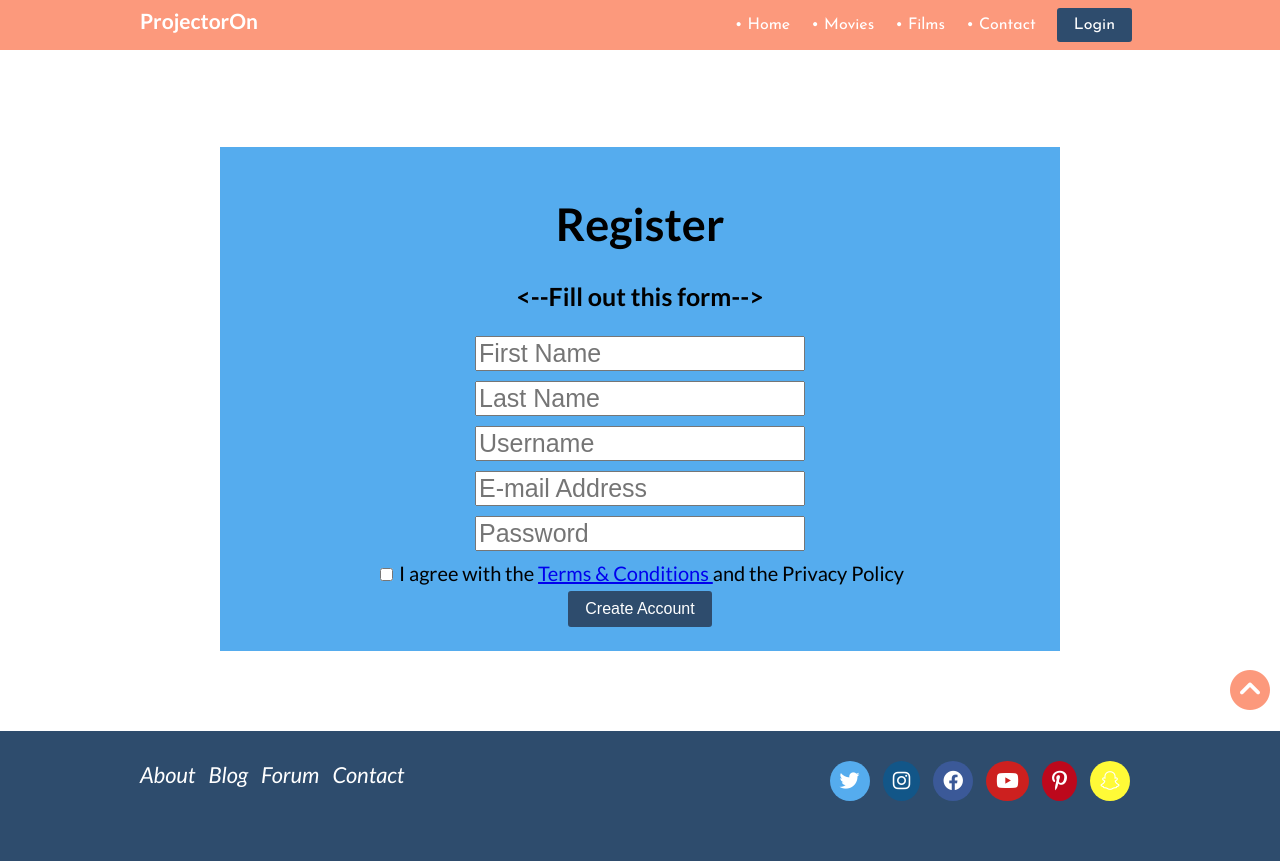
Repository: albayrakfatih/ProjectorOn_WebMovieApp
Page: register.html
An editor plug-in stored every save of this project. The page is shown before and after the next save, followed by the edit.
The browser window is 1280 px wide. The pictures show the whole page.
Some web libraries are served in a nearby version.

Above is the page before, as saved 2023-04-30 02:04:36.

### register.html
<!DOCTYPE html>
<html lang="en">
<head>
    <meta charset="UTF-8">
    <meta http-equiv="X-UA-Compatible" content="IE=edge">
    <meta name="viewport" content="width=device-width, initial-scale=1.0">
    <title>Movie App</title>
    <!-- <link rel="stylesheet" href="https://cdnjs.cloudflare.com/ajax/libs/font-awesome/6.3.0/css/all.min.css" integrity="sha512-SzlrxWUlpfuzQ+pcUCosxcglQRNAq/DZjVsC0lE40xsADsfeQoEypE+enwcOiGjk/bSuGGKHEyjSoQ1zVisanQ==" crossorigin="anonymous" referrerpolicy="no-referrer" /> -->
    <!-- <link rel="preconnect" href="https://fonts.googleapis.com">
    <link rel="preconnect" href="https://fonts.gstatic.com" crossorigin>
    <link href="https://fonts.googleapis.com/css2?family=Josefin+Sans:wght@400;700&family=Lato:ital,wght@0,400;0,700;1,400;1,700&display=swap" rel="stylesheet"> -->
    <!-- <link rel="stylesheet" href="css/buttons.css"> -->
    <link rel="stylesheet" href="css/styles.css">


</head>
<body id="body">

    <header class="main-header">
        <div class="container">
            <a href="#" class="main-header__logo">ProjectorOn</a>
            <nav class="main-nav">
                <ul class="main-nav__items">
                    <li class="main-nav__item">
                        <a href="#">Home</a>
                    </li>
                    <li class="main-nav__item">
                        <a href="#">Movies</a>
                    </li>
                    <li class="main-nav__item">
                        <a href="#">Films</a>
                    </li>
                    <li class="main-nav__item">
                        <a href="#">Contact</a>
                    </li>
                    <li class="main-nav__item main-nav__item--login">
                        <a class="btn btn-secondary" href="#">Login</a>
                    </li>
                </ul>
            </nav>
        </div>
    </header>

   <main class="signup-page">
    <div class="container">
        <div class="row">
            <div class="register-card-container">
                <div class="register-card">
                    <h1>Register</h1>
                    <h3> <--Fill out this form--> </h2>
                    <form action="" class="signup-form">
                        <input type="text" id="firstname" placeholder="First Name"><br>
                        <input type="text" id="lastname" placeholder="Last Name"><br>
                        <input type="text" id="username" placeholder="Username"><br>
                        <input type="email" id="email" placeholder="E-mail Address"><br>
                        <input type="password" id="password" placeholder="Password"><br>
                        <input type="checkbox" id="agree-terms">
                        <label for="agree-terms">I agree with the <a href="#">Terms &amp; Conditions </a> and the Privacy Policy </label><br>
                        <button type="submit" class="btn btn-secondary">Create Account</button>
                    </form>
                </div>
            </div>
        </div>
    </div>
   </main>

    <footer>
        <div class="container">
            <div class="row">
                <div class="col-2">
                    <ul id="footer-links">
                        <li><a href="">About</a></li>
                        <li><a href="">Blog</a></li>
                        <li><a href="">Forum</a></li>
                        <li><a href="">Contact</a></li>
                    </ul>
                </div>
                <div class="col-2">
                    <ul id="social-links">
                        <li><a href="" class="fab fa-twitter"></a></li>
                        <li><a href="" class="fab fa-instagram"></a></li>
                        <li><a href="" class="fab fa-facebook"></a></li>
                        <li><a href="" class="fab fa-youtube"></a></li>
                        <li><a href="" class="fab fa-pinterest-p"></a></li>
                        <li><a href="" class="fab fa-snapchat"></a></li>
                    </ul>
                </div>
            </div>
        </div>
    </footer>

    <a href="#body" id="backtotop">
        <i class="fas fa-chevron-circle-up"></i>
    </a>

</body>
</html>

### css/styles.css
@import url("https://cdnjs.cloudflare.com/ajax/libs/font-awesome/6.3.0/css/all.min.css");
@import url('https://fonts.googleapis.com/css2?family=Josefin+Sans:wght@400;700&family=Lato:ital,wght@0,400;0,700;1,400;1,700&display=swap');
@import url("buttons.css");



html {
    scroll-behavior: smooth;
}

*{
    box-sizing: border-box;
}
body{
    margin: 0px;
    font-family: 'Lato', sans-serif;
}
main{
    margin-top: 47px;
}
#showcase{
     background: /*linear-gradient(to bottom, rgba(252, 153, 124,0.1),rgb(250, 81, 30,0.3)),  */
    url('../img/projector1.jpg');
    background-position: center left;
    background-repeat: no-repeat;
    background-size: cover;
    background-attachment: fixed;
    border-top: 3px solid #fff;
    /*border: 4px solid white;*/
    height: 100vh;
    width: 100%;
    color: aliceblue;
    position: relative;
}
#showcase .content {
    position: absolute;
    font-size: 25px;
    margin: 0;
    top: 50%;
    left: 50%;
    transform: translate(-50%,-50%);
    width: 60%;
    background-color: rgba(46,76,109,0.3);
    color: #fff;
    padding: 20px;
    border-radius: 10px;
}


#how-it-works{
    background-color: #fff;
    padding: 10px;
    text-align: center;/*text-align kalıtım yolu ile aktarılabiliyor. bu yüzden tüm how-it-works section öğelerine center dedim.*/
}

.main-header{
    background-color: #FC997C;
    padding: 8px 16px;
    position: fixed;
    top: 0;
    z-index: 1;
    width: 100%;
}
.main-nav{
    display: inline-block;
    width: calc(100% - 121px);
    text-align: right;
    font-family: 'Josefin Sans', sans-serif;
}
.main-nav__items{
    list-style: none;
    margin: 0px;
    padding: 0px;
}
.main-nav__item{
    display: inline-block;
    margin: 0 8px;
}

.main-header__logo{
    color: #fff;
    text-decoration: none;
    font-weight: bold;
    font-size: 21px;
}

.main-nav__item a{
    text-decoration: none;
    color: #fff;
}
.main-nav__item a:hover{
    color:#160140;
}
.main-nav__item a:active{
    color: #fff;
}
.main-nav__item::before{
    content: '\2022';
    color: #fff;
}
.main-nav__item:hover::before{
    color: #160140;
}
.main-nav__item:active::before{
    color: #fff;
}
/* .main-nav__item--login a{
     color:#fff;
    background-color: #160140;
    border: 2px solid #fff;
    padding: 4px 16px;
    border-radius: 6px;
    font-weight: bold;
} */
/* .main-nav__item--login a:hover{
    border-color: #160140;
    color: #160140;
    background-color: #fff;
} */
.main-nav__item--login::before{
    content: none;
}

.row{
    margin-bottom: 30px;
    /* margin-top: 20px; */
}
/* .col-2{
    display: inline-block;
    width: calc(50% - 2px);
    height:350px;
    background-color: tomato;
    vertical-align:top;
}
.col-3{
    display: inline-block;
    width: 30%;
    padding: 16px;
    margin: 8px;
} */
.col-2 {
    float: left;
    width: 50%;
}
.col-3 {
    float: left;
    width: 33.3%;
}
.col-4 {
    float: left;
    width: 25%;
}

.icon-box h3{
    font-size: 25px;
    color: #3e4555;
}
.icon-box i{
    color: #FC997C;
}

.features-left{
    background-image: url("../img/titanic.jpg");
    background-position: center top;
    background-size: cover;
}
.features-right{
    background-color: #edf5f7;
    padding: 40px 20px;
}
.features-right h2{
    font-size: 30px;
}
.features-left,
.features-right {
    height: 350px;
}


.btn-view-features{
    background-color: #FC997C;
    color: #fff;
    padding: 7px 15px;
    border: 1px solid #FC997C;
    text-decoration: none;
    font-size: 14px;
    font-family: 'Josefin Sans', sans-serif;
    border-radius: 3px;
    display: inline-block;
    margin-top: 15px;
}
.btn-view-features:hover{
    color: #FC997C;
    background-color: #fff;
}
.section-title{
    text-align: center;
    margin-bottom: 40px;
    font-weight:700;
    font-size: 30px;
    color: #3e4555;
}
.plan{
    text-align: center;
    padding: 10px;
}

.plan__badge{
    background-color: orange;
    color: red;
    padding: 8px;
    border-radius: 5px;
}

.plan--featured {
    position: relative;
    top: -30px;
}

.recommended_plan{
    color: #ffffff;
    background-color: mediumblue!important;

}

 /* .clearfix{
    content: "";    .clearfix yerine .row sınıfını kullandık
    display: block;
    clear: both;
}  */
.row::after{
    content: "";
    display: block;
    clear: both;
}

.container{
    margin: 0 auto;
    width: 1000px;
}

.inner-plan{
    background-color:#edf5f7;
    padding: 25px 15px;
    border-radius: 5px;
    box-shadow:  0px 5px 15px rgba(0, 0, 0, 0.35);
    transition: box-shadow .8s;
}
.inner-plan:hover{
    box-shadow: 0px 5px 15px rgba(0, 0, 0, 0.7);
}


#backtotop {
    position: fixed;
    bottom: 10px;
    right: 10px;
}
#backtotop i {
    font-size: 40px;
    background-color:transparent;
    color: #fc997C;
    transition: color .6s;
}
#backtotop i:hover {
    color: #fb7850;
}

.counter {
    background: linear-gradient(to bottom, #FC997C 0%, #FC8b69 100%);
    text-align: center;
    padding:50px;
}
.counter h4 {
    margin-top: 0;
    color: #fff;
}
.counter__item{
    font-weight: 700;
    font-size: 25px;
    color: #fff;
}

/*----------movies--------------*/

.card-container {
    padding: 10px;
}
.card {
     /* width: 20vw;  veya 300px;  */
    background-color: #fff;
    box-shadow: rgba(14, 30, 37, 0.12) 0px 2px 4px 0px, rgba(14, 30, 37, 0.32) 0px 2px 16px 0px;
    cursor: pointer;
    border-radius: 5px;
    /* height: 90vh;  */
    position: relative;
    top: 0;
    transition: all .5s;
}
.card:hover {
    top: -10px;
    box-shadow: rgba(14, 30, 37, 0.9) 0px 2px 4px 0px, rgba(14, 30, 37, 0.9) 0px 2px 16px 0px;
}
.card-title {
    text-align: center;
}
.card-image {
    width:100%;
    /*height:45vh;*/
    max-height: 350px;
}
.card-button {
    text-align: center;
}
.card-body {
    padding: 30px;
}

/*-------------- footer --------------*/

footer {
    background-color: #2E4C6D;
    padding: 30px;
    margin-top: 25px;
}

footer a {
    color: #fff;
    font-size: 22px;
    text-decoration: none;
    font-style: italic;
}
footer ul {
    margin: 0;
    padding:0;
}

footer ul li {
    list-style-type: none;
    display: inline-block;
    margin-right: 10px;
}

#social-links {
    text-align: right;
}

.fab {
    padding: 10px;
    font-size: 20px;
    border-radius: 50%;
}
.fab:hover {
    opacity: 0.5;
}

.fa-twitter {
    background-color: #55acee;
    color: #fff;
}
.fa-instagram {
    background-color: #125688;
    color: #fff;
}
.fa-facebook {
    background-color: #3b5998;
    color: #fff;
}
.fa-youtube {
    background-color: #cd201f;
    color: #fff;
}
.fa-pinterest-p {
    background-color: #bd081c;
    color: #fff;
}
.fa-snapchat {
    background-color: #fffa37;
    color: #fff;
}

/*------------- register-card ------------*/

.register-card {
    background-color: #55acee;
    margin-top: 50px;
    padding:20px;
    height:70vh;
    cursor: pointer;
}
.signup-form {
    text-align: center;
}
.register-card h1 {
    font-size: 45px;
}
.register-card h3 {
    font-size: 25px;
}
.register-card h1,h3 {
    text-align: center;
}
.signup-form input {
    font-size: 25px;
    margin-bottom: 10px;
    background-color: ;
}
.signup-form label {
    font-size: 20px;
    margin-bottom: 20px;
}
.register-card-container {
    padding: 50px 80px;
}

### css/buttons.css


.btn {
    text-align: center;
    text-decoration: none;
    display: inline-block;
    padding: 7px 15px;
    font-size: 16px;
    cursor: pointer;
    border: none;
    border-radius: 3px;
    transition-duration: .8s;
}

.btn-primary{
    background-color: #FC997c;
    color: #fff;
    border: 2px solid #FC997c;
}
.btn-primary:hover{
    background-color: #fff;
    color: #FC997c;
    border: 2px solid #FC997c;
}
.btn-outline-primary{
    background-color: #fff;
    color: #FC997c;
    border: 2px solid #FC997c;
}
.btn-outline-primary:hover{
    background-color: #FC997c;
    color: #fff;
    border: 2px solid #FC997c;
}



.btn-secondary{
    background-color: #2E4C6D;
    color: #fff;
    border: 2px solid #2E4C6D;
}
.btn-secondary:hover{
    background-color: #fff;
    color: #2E4C6D;
    border: 2px solid #2E4C6D;
}
.btn-outline-secondary{
    background-color: #fff;
    color: #2E4C6D;
    border: 2px solid #2E4C6D;
}
.btn-outline-secondary:hover{
    background-color: #2E4C6D;
    color: #fff;
    border: 2px solid #2E4C6D;
}

After the next save:
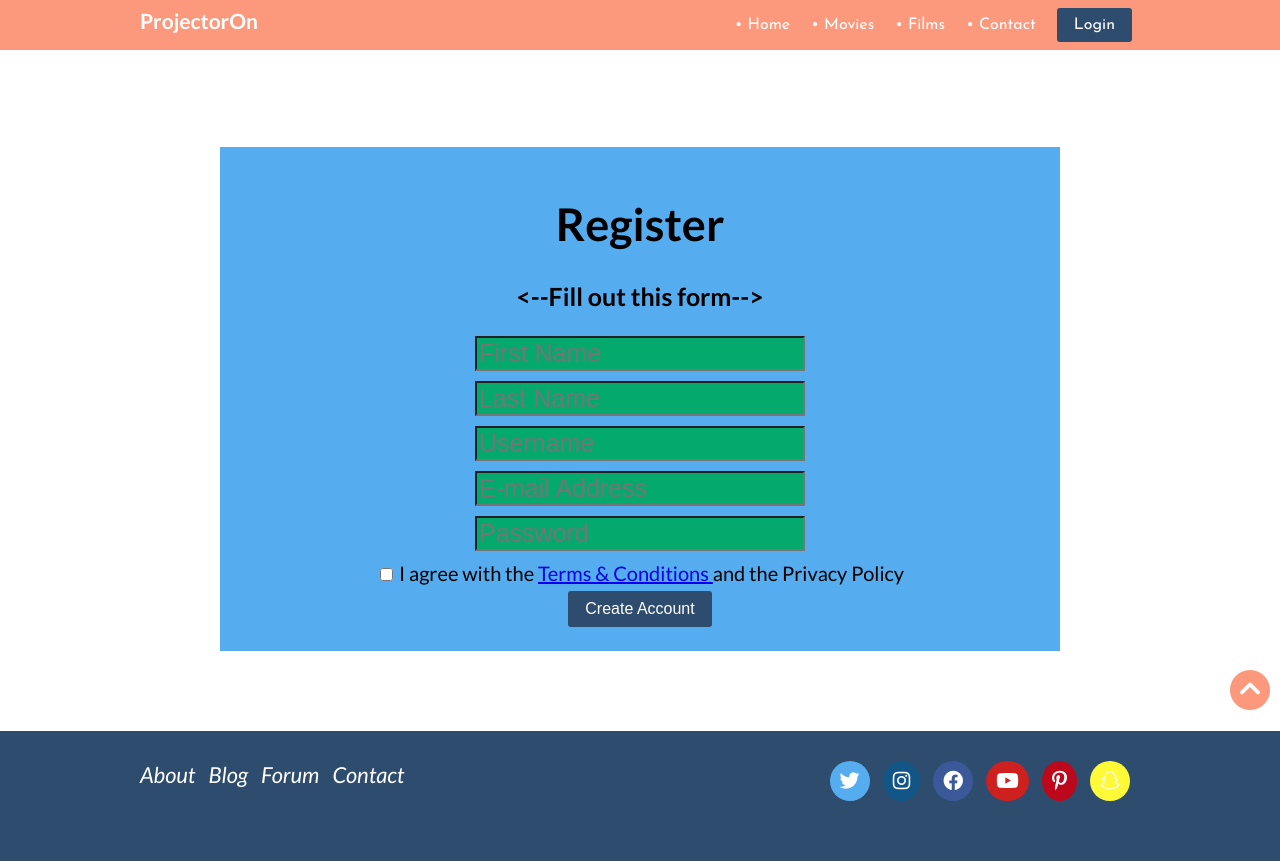
Saved 74 s later.
--- a/css/styles.css
+++ b/css/styles.css
@@ -403,7 +403,7 @@ footer ul li {
 .signup-form input {
     font-size: 25px;
     margin-bottom: 10px;
-    background-color: ;
+    background-color: #04AA6D;
 }
 .signup-form label {
     font-size: 20px;
